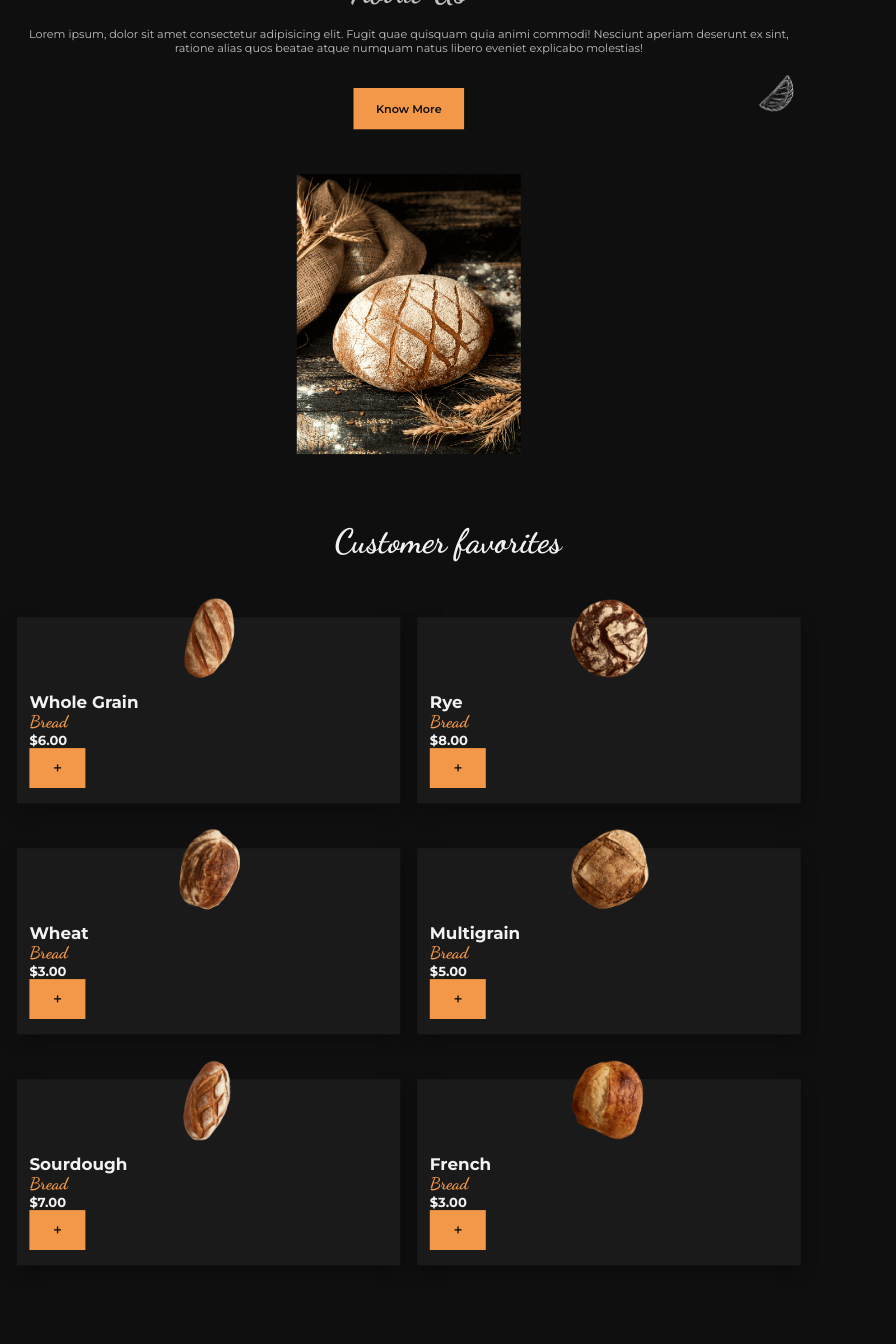
Repository: dinhhaidh/Bakery-web
Page: index.html
An editor plug-in stored every save of this project. The page is shown before and after a run of saves, followed by the edit.
The browser window is 1280 px wide. The pictures show the part of the page from y = 1954 to 3874 px (the page is 3874 px tall before and 3844 px after), at 70% of full size.
Some web libraries are served in a nearby version.

Above is the page before, as saved 2024-01-16 15:18:20.

After the next 5 saves:
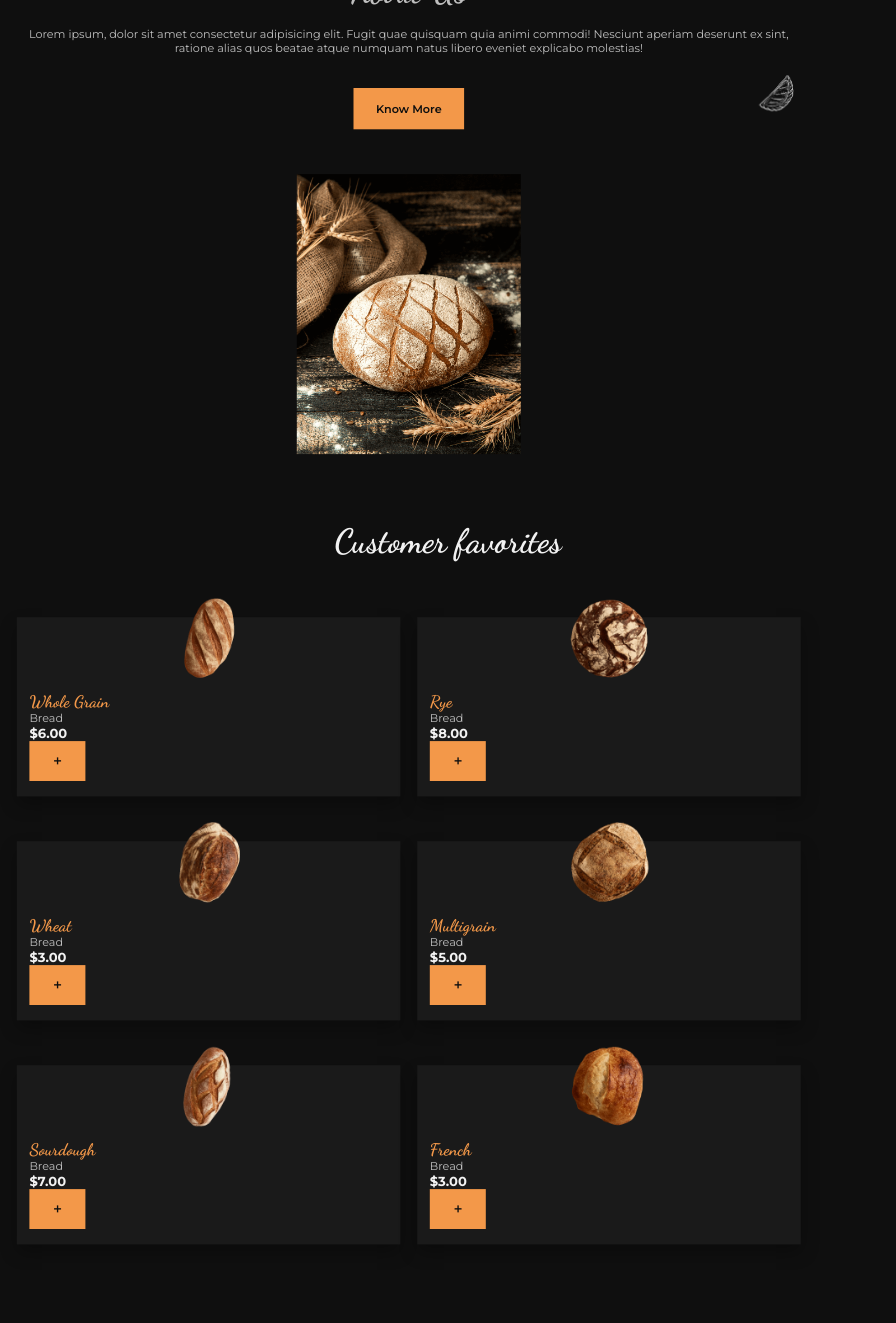
The 5 saves are shown as one change because they came seconds apart.
The last was saved 22 s later.
--- a/css/style.css
+++ b/css/style.css
@@ -410,13 +410,13 @@ transition: border-color .4s;
 
 }
 .favorite__title{
-
-}
-.favorite__subtitle{
     font-size: var(--h2-font-size);
     font-family: var(--second-font);
     color: var(--first-color);
 }
+.favorite__subtitle{
+    display: block;
+}
 .favorite__price{
 
 }
